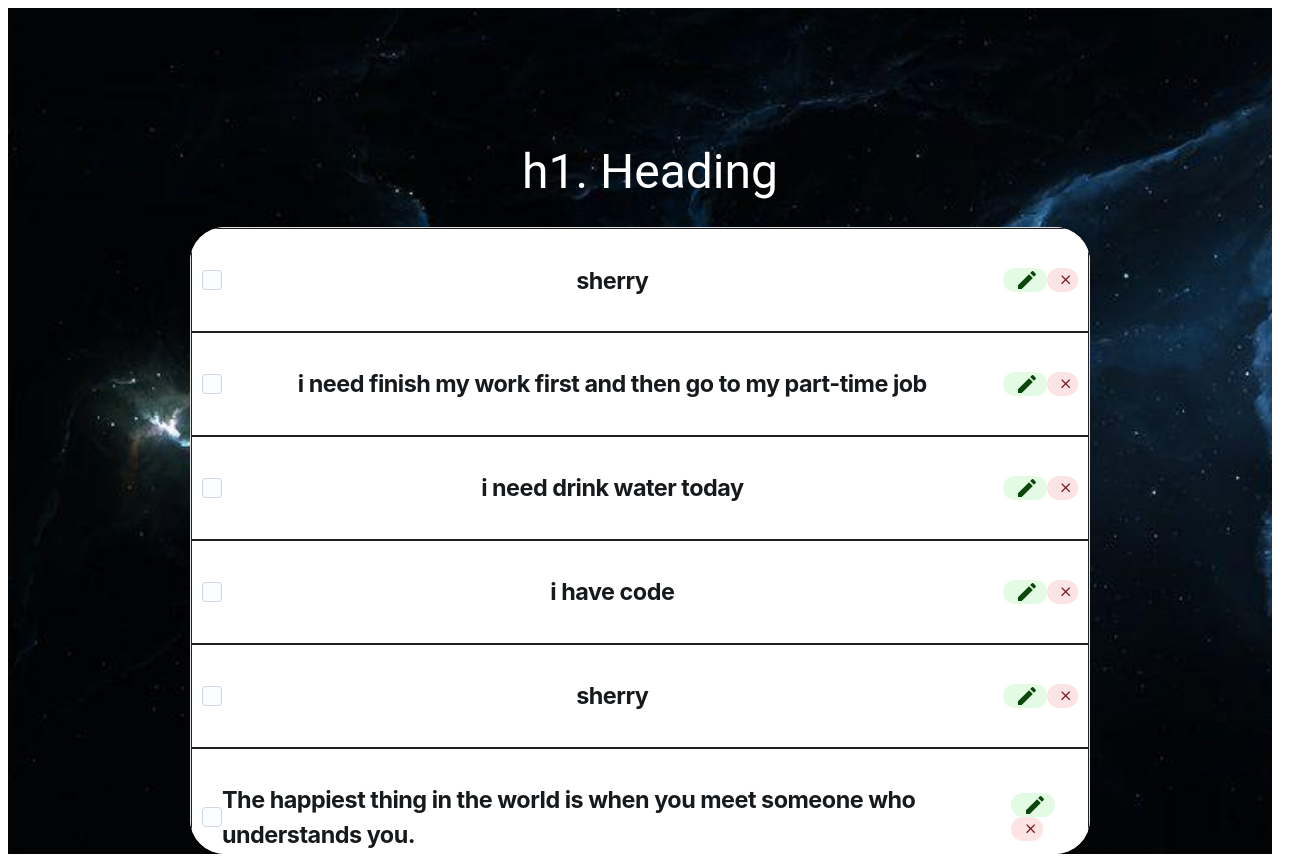
Repository: Tracy-maker/TodoList
Page: /
An editor plug-in stored every save of this project. The page is shown before and after the next save, followed by the edit.
The browser window is 1280 px wide. The page is 1292 px wide, so the pictures cover 1292 px, including what lies to the right of the window. The pictures show the whole page.
The project was rebuilt for these pictures with package versions that can differ from the ones it lists, and the page was loaded fresh each time. Requests to the local data server were answered from the project's data file. Also part of the build but not shown: src/components/TaskEdit.js.

Above is the page before, as saved 2023-09-20 11:45:27.

After the next save:
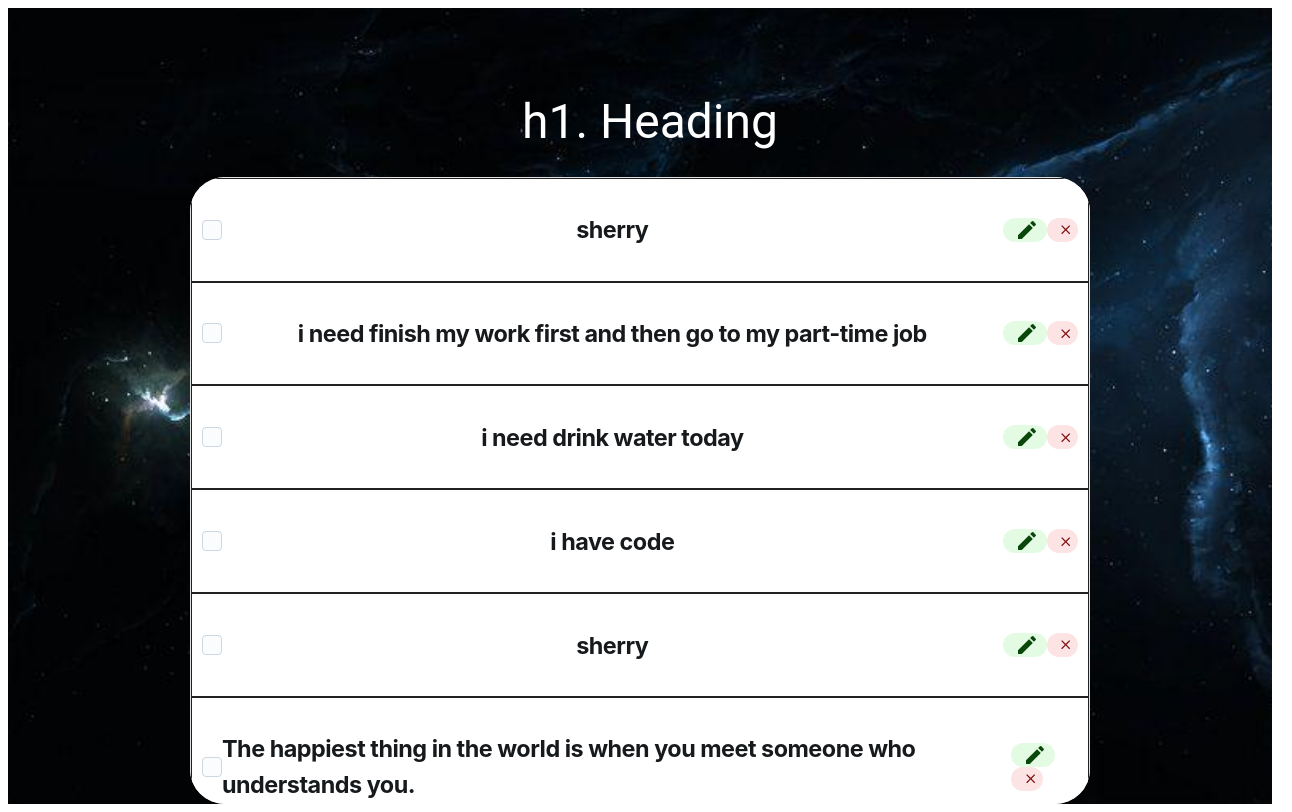
Saved 9 s later.
--- a/src/App.js
+++ b/src/App.js
@@ -13,7 +13,7 @@ const StyledContainer = styled(Stack)`
   width: 100%;
   display: flex;
   align-items: stretch;
-  padding-top: 10%;
+  padding-top: 6%;
   background-image: url(${Image1});
   background-size: cover;
   background-repeat: no-repeat;
